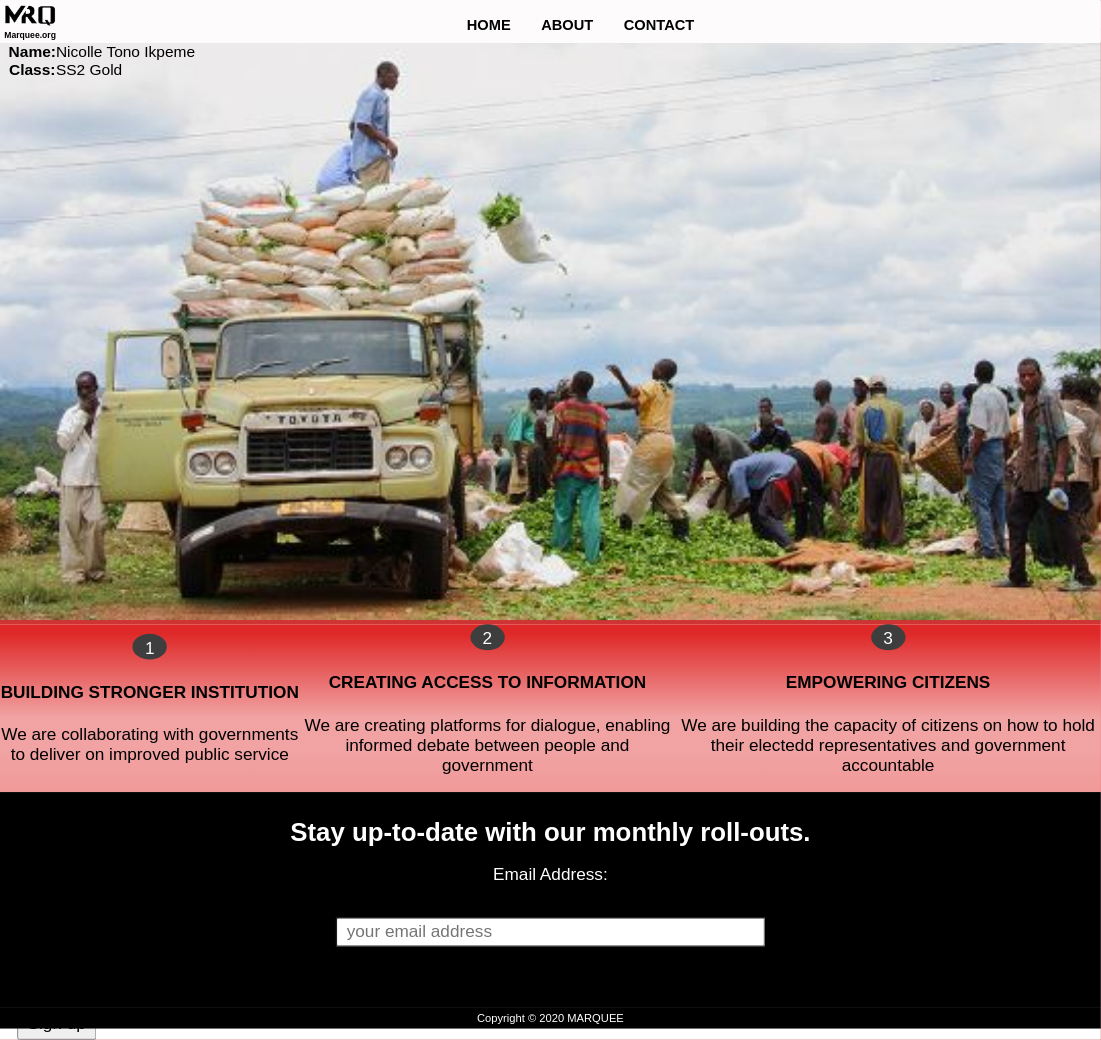
Repository: pboi18/Marquee.org
Page: home.html
These files come from the project's save history. The page is drawn as it stood at one moment and after the next save; the edit follows.
The browser window is 1280 px wide. The pictures show the whole page, at 86% of full size.

Above is the page before, as saved 2020-07-11 22:36:11.

After the next save:
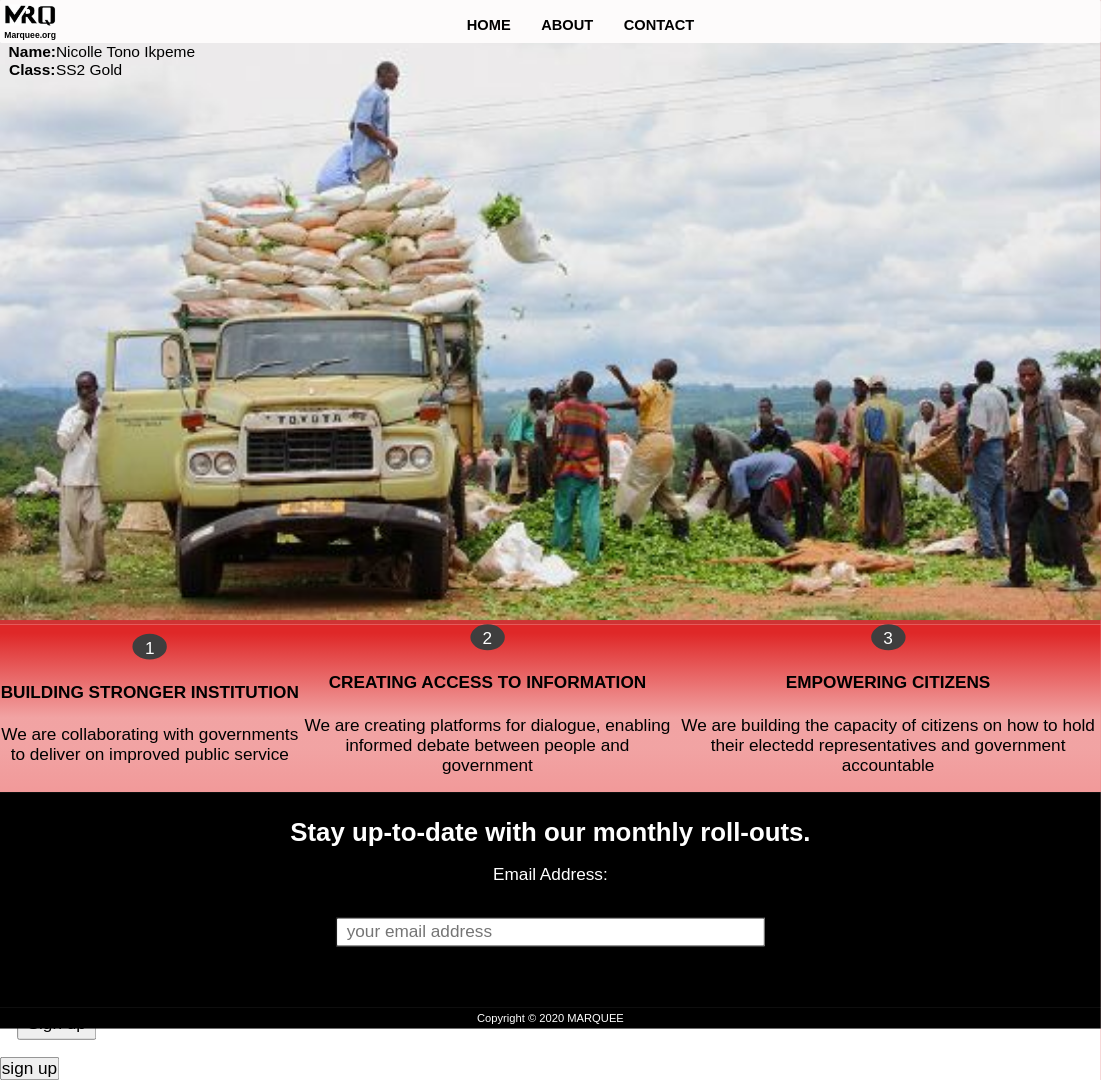
Saved 31 s later.
--- a/home.html
+++ b/home.html
@@ -101,6 +101,7 @@
                     <input type="email" name="email" placeholder="  your email address" style=" width: 500px; border-radius: 3px; margin: 5px auto;" required><br><br>
                     <button type="submit" value="SIGN UP" name="sign up" style="box-sizing: border-box; padding: 5px 10px; border: 10px 3px;
                     margin: 20px;">Sign up</button>
+                    <button type="submit">sign up</button>
                     </form>
                 </div>
             </section>

After the save that followed:
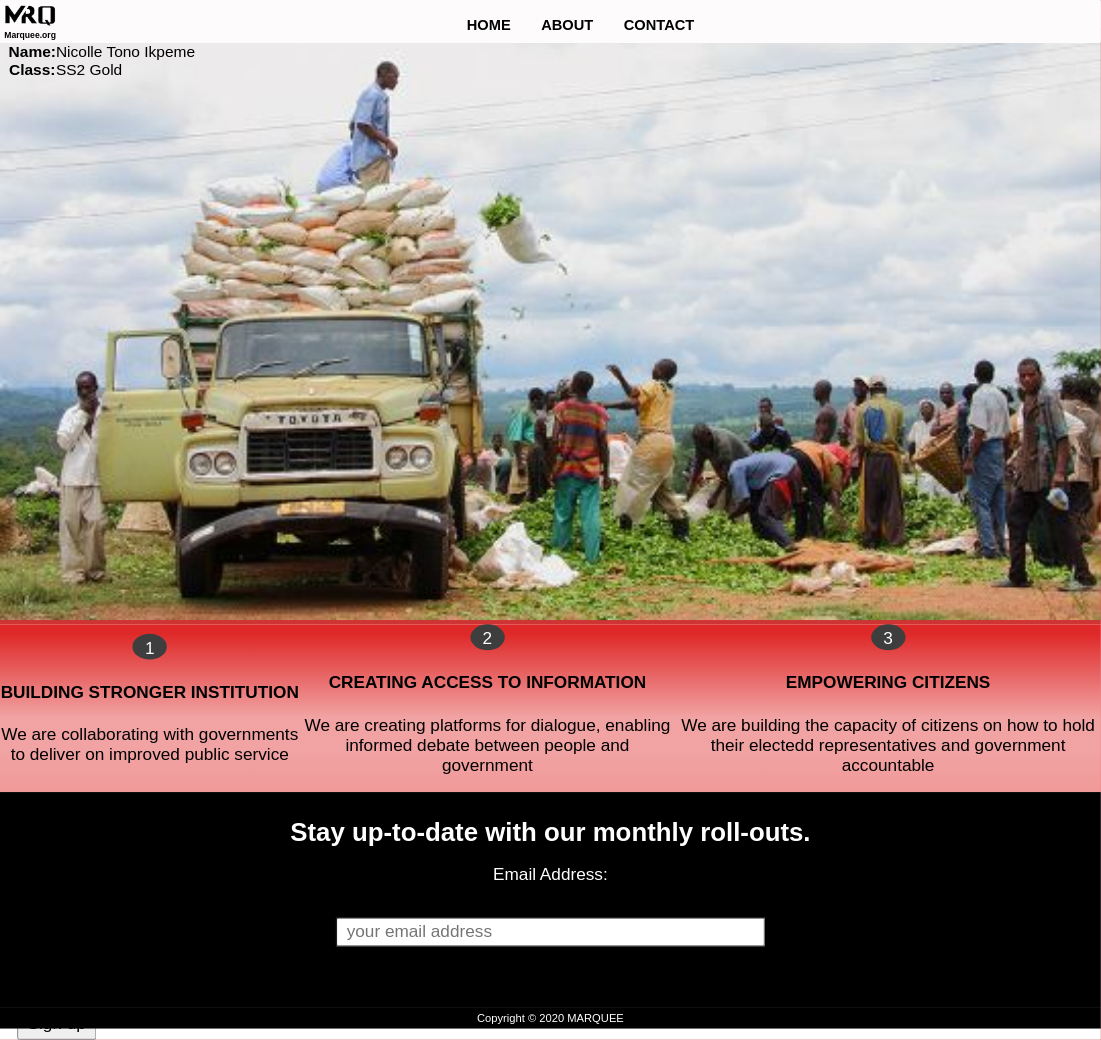
Saved 21 s later.
--- a/home.html
+++ b/home.html
@@ -101,7 +101,6 @@
                     <input type="email" name="email" placeholder="  your email address" style=" width: 500px; border-radius: 3px; margin: 5px auto;" required><br><br>
                     <button type="submit" value="SIGN UP" name="sign up" style="box-sizing: border-box; padding: 5px 10px; border: 10px 3px;
                     margin: 20px;">Sign up</button>
-                    <button type="submit">sign up</button>
                     </form>
                 </div>
             </section>
